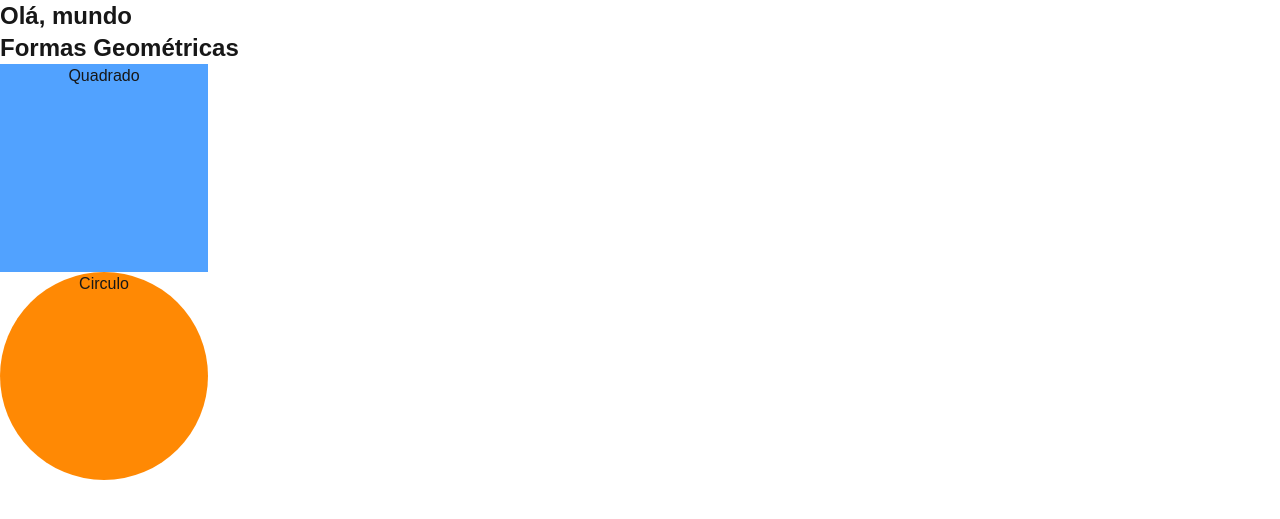
Repository: joao-vitor-ferreira/curso-react
Page: /
The author's editor kept a copy of each file at every save. The page is drawn from the files as they stood at one save, then again after the next save.
The browser window is 1280 px wide. The pictures show the whole page.
The project was rebuilt for these pictures with package versions that can differ from the ones it lists, and the page was loaded fresh each time. The framework's server and built-in components were replaced by stand-ins that run in the browser. Also part of the build but not shown: next.config.ts.

Above is the page before, as saved 2026-02-11 09:20:28.

After the next save:
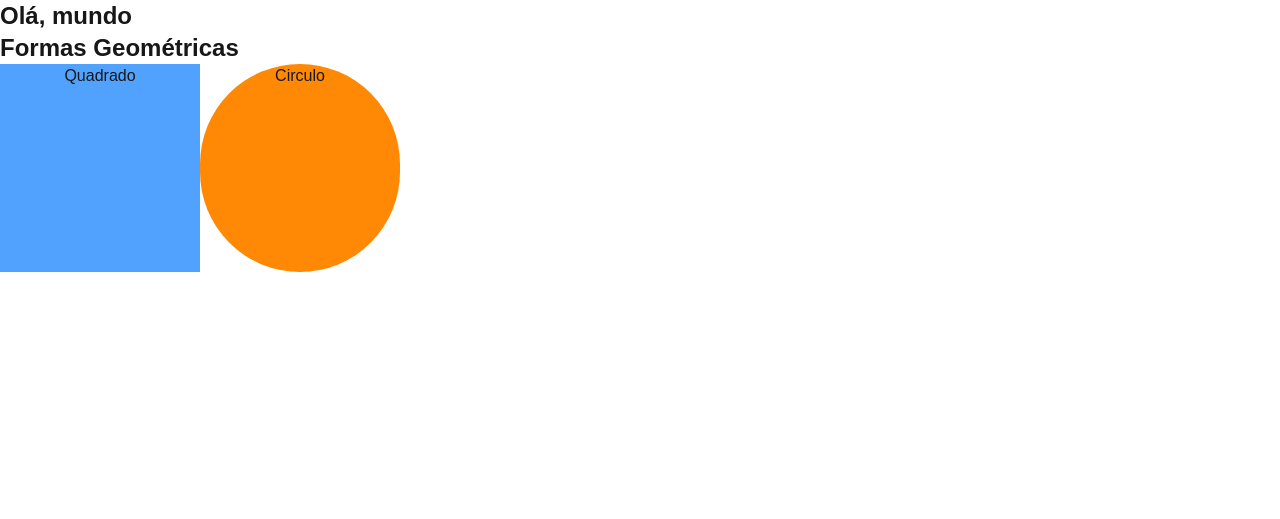
Saved 47 s later.
--- a/src/components/GeoForm.tsx
+++ b/src/components/GeoForm.tsx
@@ -5,8 +5,10 @@ export const GeoForm = () => {
     return (
         <div>
             <h3 className="text-2xl font-bold">Formas Geométricas</h3>
-            <Square />
-            <Circle />
+            <div className="flex w-100">
+                <Square />
+                <Circle />
+            </div>
         </div>
     );
 
